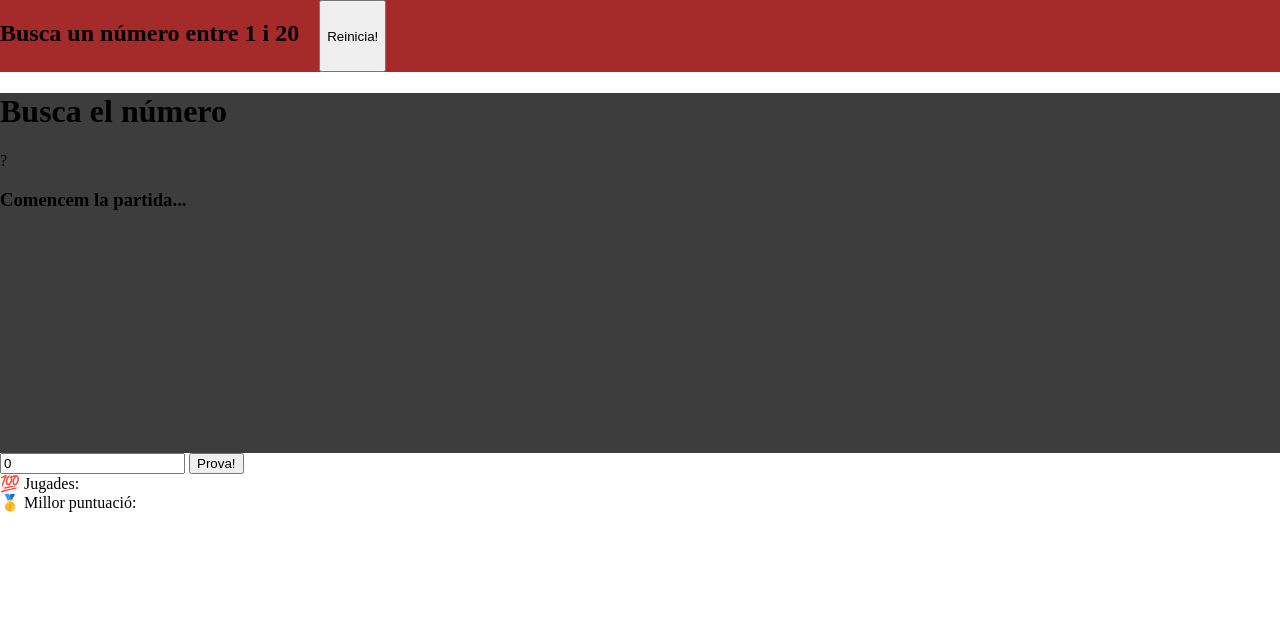
Repository: rdalmau23/M06_01
Page: index.html
An editor plug-in stored every save of this project. The page is shown before and after the next save, followed by the edit.
The browser window is 1280 px wide. The pictures show the whole page.

Above is the page before, as saved 2024-10-11 11:19:25.

### index.html
<!DOCTYPE html>
<html lang="en">
<head>
    <meta charset="UTF-8">
    <meta name="viewport" content="width=device-width, initial-scale=1.0">
    <title>Endivina el número</title>
    <link rel="stylesheet" href="style.css">
    <script src="script.js"></script>
</head>
<body>
    <header>
        <h2>Busca un número entre 1 i 20</h2>
        <button id="reset">Reinicia!</button>
    </header>
    <main>
        <h1>Busca el número</h1>
        <div id="display-num">?</div>
        <h3>Comencem la partida...</h3>
    </main>
    <footer>
        <input type="number" value="0">
        <button id="play">Prova!</button>
        <div id="display-jugades">💯 Jugades: </div>
        <div id="display-result">🥇 Millor puntuació: </div>
    </footer>
</body>
</html>

### style.css
body{
    margin: 0;
    padding: 0;
    box-sizing: border-box;
}
body, html{
    height: 100%;
}
header{
    background-color: brown;
    display: flex;
    gap: 20px;
    height: 10%;
}
main{
    background-color: rgb(61, 61, 61);
    height: 50%;
}

Loaded but not shown: script.js (no copy from this time; the picture is the same without it)

After the next save:
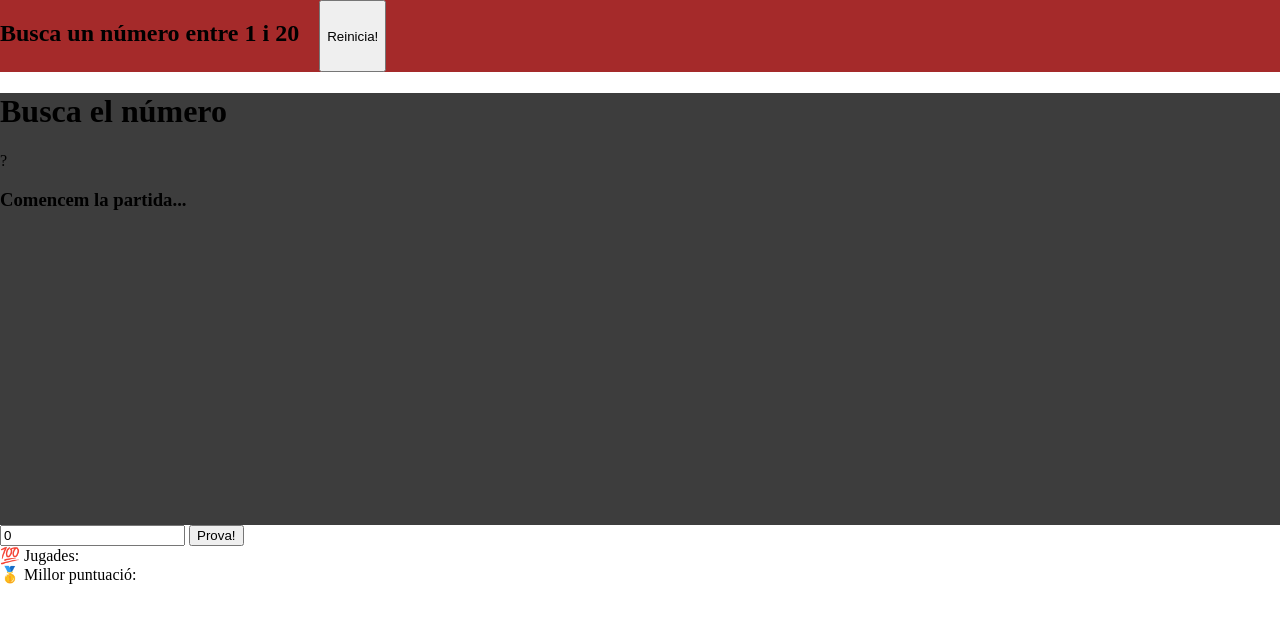
Saved 6 s later.
--- a/style.css
+++ b/style.css
@@ -14,5 +14,5 @@ header{
 }
 main{
     background-color: rgb(61, 61, 61);
-    height: 50%;
+    height: 60%;
 }
